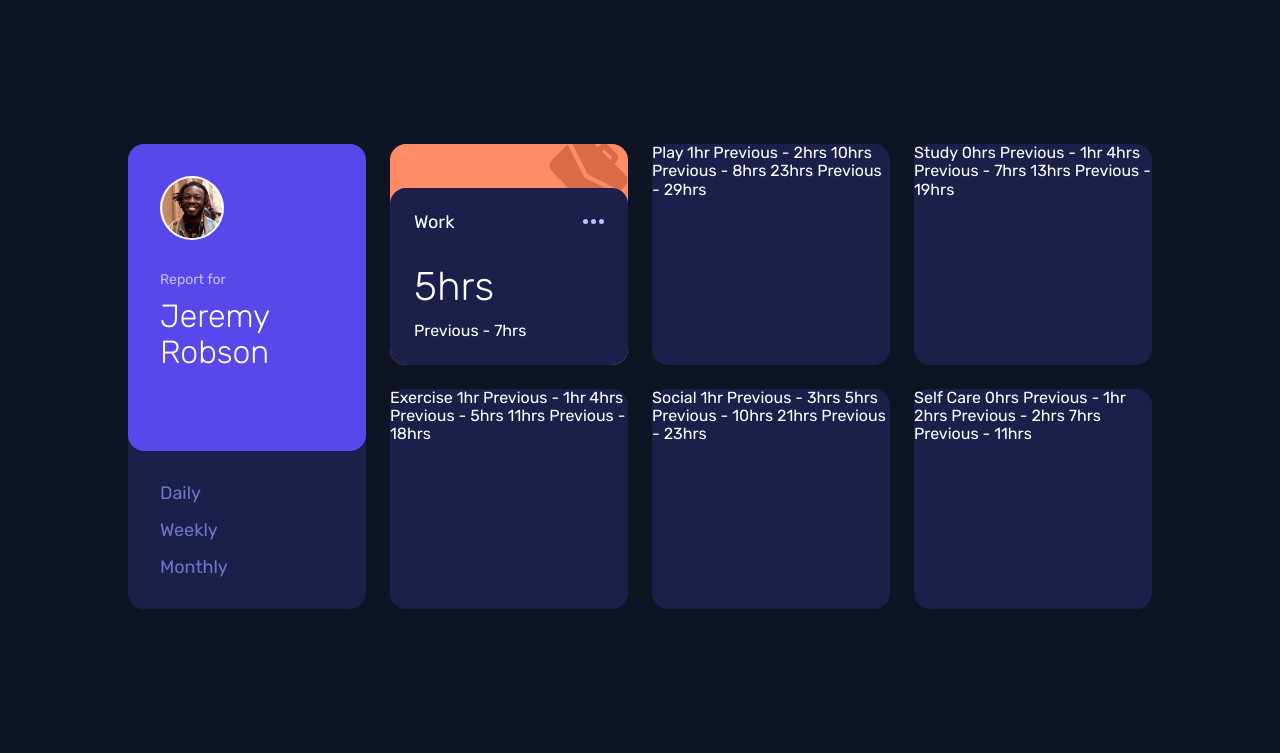
Repository: Jay-JYKim91/FM_time-tracking-dashboard
Page: index.html
An editor plug-in stored every save of this project. The page is shown before and after the next save, followed by the edit.
The browser window is 1280 px wide. The pictures show the whole page.

Above is the page before, as saved 2021-12-16 11:39:42.

### index.html
<!DOCTYPE html>
<html lang="en">
<head>
  <meta charset="UTF-8">
  <meta name="viewport" content="width=device-width, initial-scale=1.0"> <!-- displays site properly based on user's device -->

  <link rel="icon" type="image/png" sizes="32x32" href="./images/favicon-32x32.png">

  <title>Time tracking dashboard</title>
  <link rel="stylesheet" href="https://cdnjs.cloudflare.com/ajax/libs/normalize/8.0.1/normalize.min.css" integrity="sha512-NhSC1YmyruXifcj/KFRWoC561YpHpc5Jtzgvbuzx5VozKpWvQ+4nXhPdFgmx8xqexRcpAglTj9sIBWINXa8x5w==" crossorigin="anonymous" referrerpolicy="no-referrer" />
  <link rel="preconnect" href="https://fonts.googleapis.com">
  <link rel="preconnect" href="https://fonts.gstatic.com" crossorigin>
  <link href="https://fonts.googleapis.com/css2?family=Rubik:wght@300;400;500&display=swap" rel="stylesheet">
  <link rel="stylesheet" href="style.css">
  <script src="main.js" defer></script>
</head>
<body>
  <section class="container">
    <article class="card profile-card">
        <div class="profile-card--name">
          <div class="profile-img-box">
            <img src="./images/image-jeremy.png" alt="jeremy" class="profile-img">
          </div>
          <p>Report for</p>
          <p class="name">Jeremy Robson</p>
        </div>
        <ul>
          <li><a href="">Daily</a></li>
          <li><a href="">Weekly</a></li>
          <li><a href="">Monthly</a></li>
        </ul>
    </article>
    <article class="card feature-card work-bg">
      <div class="card feature-card--text">
        <div class="title-wrapper">
          <p class="title">Work</p>
          <img src="./images/icon-ellipsis.svg" alt="ellipsis">
        </div>
        <p class="time">5hrs</p>
        <p>Previous - 7hrs</p>
      </div>

   <!-- daily -->
   <!-- daily -->
  <!-- 32hrs  -->
  <!-- weekly -->
  <!-- Previous - 36hrs  -->
  <!-- weekly -->
  <!-- 103hrs  -->
  <!-- monthly -->
  <!-- Previous - 128hrs  -->
  <!-- monthly -->

    </article>
    <article class="card">
      Play
  1hr <!-- daily -->
  Previous - 2hrs <!-- daily -->
  10hrs <!-- weekly -->
  Previous - 8hrs <!-- weekly -->
  23hrs <!-- monthly -->
  Previous - 29hrs <!-- monthly -->


    </article>
    <article class="card">
      Study
  0hrs <!-- daily -->
  Previous - 1hr <!-- daily -->
  4hrs <!-- weekly -->
  Previous - 7hrs <!-- weekly -->
  13hrs <!-- monthly -->
  Previous - 19hrs <!-- monthly -->


    </article>
    <article class="card">
      Exercise
  1hr <!-- daily -->
  Previous - 1hr <!-- daily -->
  4hrs <!-- weekly -->
  Previous - 5hrs <!-- weekly -->
  11hrs <!-- monthly -->
  Previous - 18hrs <!-- monthly -->


    </article>
    <article class="card">
      Social
  1hr <!-- daily -->
  Previous - 3hrs <!-- daily -->
  5hrs <!-- weekly -->
  Previous - 10hrs <!-- weekly -->
  21hrs <!-- monthly -->
  Previous - 23hrs <!-- monthly -->


    </article>
    <article class="card">
      Self Care
  0hrs <!-- daily -->
  Previous - 1hr <!-- daily -->
  2hrs <!-- weekly -->
  Previous - 2hrs <!-- weekly -->
  7hrs <!-- monthly -->
  Previous - 11hrs <!-- monthly -->
    </article>
  </section>








  <!-- <div class="attribution">
    Challenge by <a href="https://www.frontendmentor.io?ref=challenge" target="_blank">Frontend Mentor</a>.
    Coded by <a href="#">Your Name Here</a>.
  </div> -->
</body>
</html>

### style.css
:root {
  --body-font: "Rubik", sans-serif;

  --blue: hsl(246, 80%, 60%);
  --light-red-work: hsl(15, 100%, 70%);
  --soft-blue-play: hsl(195, 74%, 62%);
  --light-red-study: hsl(348, 100%, 68%);
  --lime-green-exercise: hsl(145, 58%, 55%);
  --violet-social: hsl(264, 64%, 52%);
  --soft-orange: hsl(43, 84%, 65%);
  --very-dark-blue: hsl(226, 43%, 10%);
  --dark-blue: hsl(235, 46%, 20%);
  --desaturated-blue: hsl(235, 45%, 61%);
  --pale-blue: hsl(236, 100%, 87%);
}
body {
  background-color: var(--very-dark-blue);
  color: white;
  font-family: var(--body-font);
}
a {
  text-decoration: none;
  color: white;
}
p {
  margin: 0;
}
.container {
  width: 80vw;
  margin: 20vh auto;
  display: grid;
  grid-template-columns: repeat(4, 1fr);
  gap: 1.5em;
}
.card {
  border-radius: 1em;
  background-color: var(--dark-blue);
}
.profile-card {
  grid-row: 1 / 3;
}
.profile-card ul {
  list-style: none;
  padding-left: 2em;
  margin: 2em 0;
}
.profile-card--name {
  background-color: var(--blue);
  padding: 2em;
  border-radius: 1em;
}
.profile-card--name p {
  color: var(--pale-blue);
  margin: 0;
  font-size: 14px;
}
.profile-card--name .name {
  color: white;
  font-size: 2rem;
  font-weight: 300;
  margin: 0.3em 0 1.5em 0;
}
.profile-img-box {
  width: 64px;
  height: 64px;
  border-radius: 50%;
  background-color: white;
  margin-bottom: 2em;
}
.profile-img {
  width: 60px;
  margin: 2px;
}
.profile-card li {
  margin-bottom: 1em;
}
.profile-card li a {
  font-size: 18px;
  color: var(--desaturated-blue);
}
.feature-card {
  position: relative;
}
.feature-card--text {
  position: absolute;
  bottom: 0;
  width: -webkit-fill-available;
  padding: 1.5em;
}
.title-wrapper {
  display: flex;
  justify-content: space-between;
  align-items: center;
}
.title-wrapper .title {
  font-size: 1.125rem;
  font-weight: 400;
  margin: 0;
}
.title-wrapper img {
  /* height: fit-content; */
}
.time {
  font-size: 2.5rem;
  margin: 0.8em 0 0.3em 0;
  font-weight: 300;
}

.work-bg {
  background-image: url("./images/icon-work.svg");
  background-color: var(--light-red-work);
  background-repeat: no-repeat;
  background-position: top right;
  background-position-y: -10px;
}
@media (min-width: 768px) and (max-width: 1023px) {
}

@media (max-width: 767px) {
}

Loaded but not shown: main.js (empty)

After the next save:
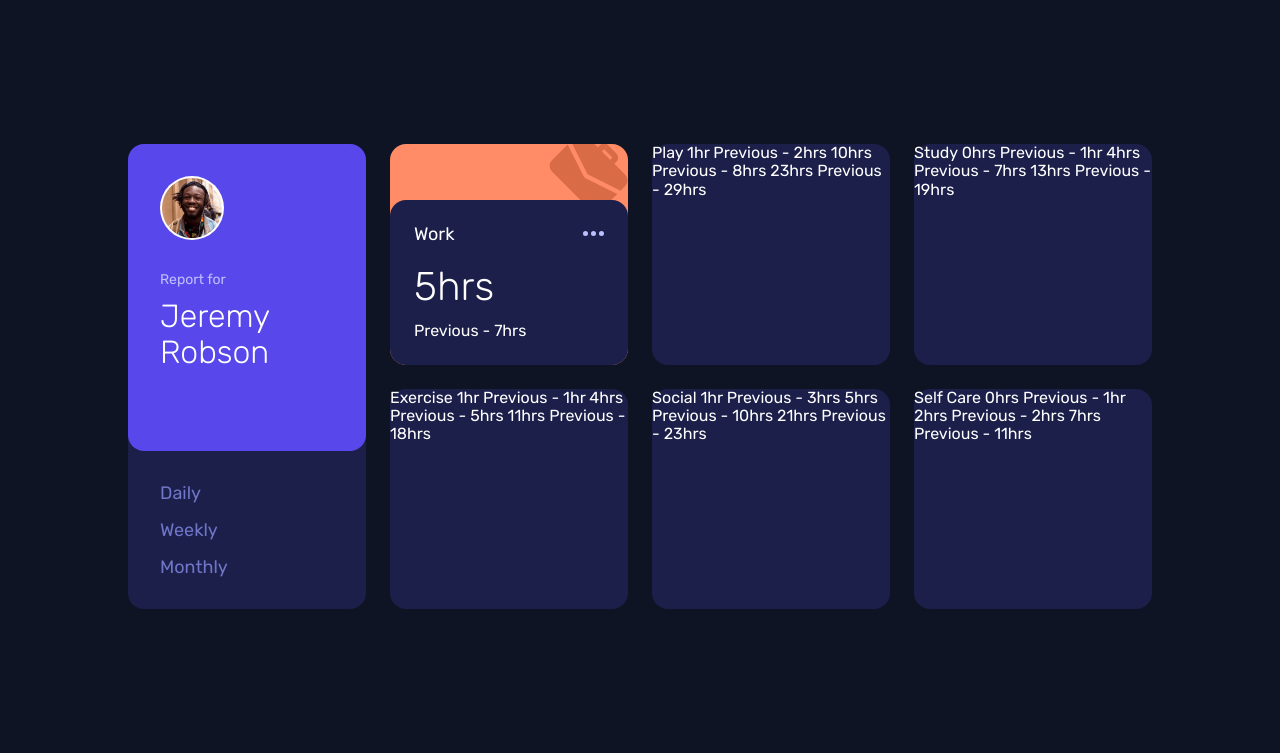
Saved 7 s later.
--- a/style.css
+++ b/style.css
@@ -102,7 +102,7 @@ p {
 }
 .time {
   font-size: 2.5rem;
-  margin: 0.8em 0 0.3em 0;
+  margin: 0.5em 0 0.3em 0;
   font-weight: 300;
 }
 
